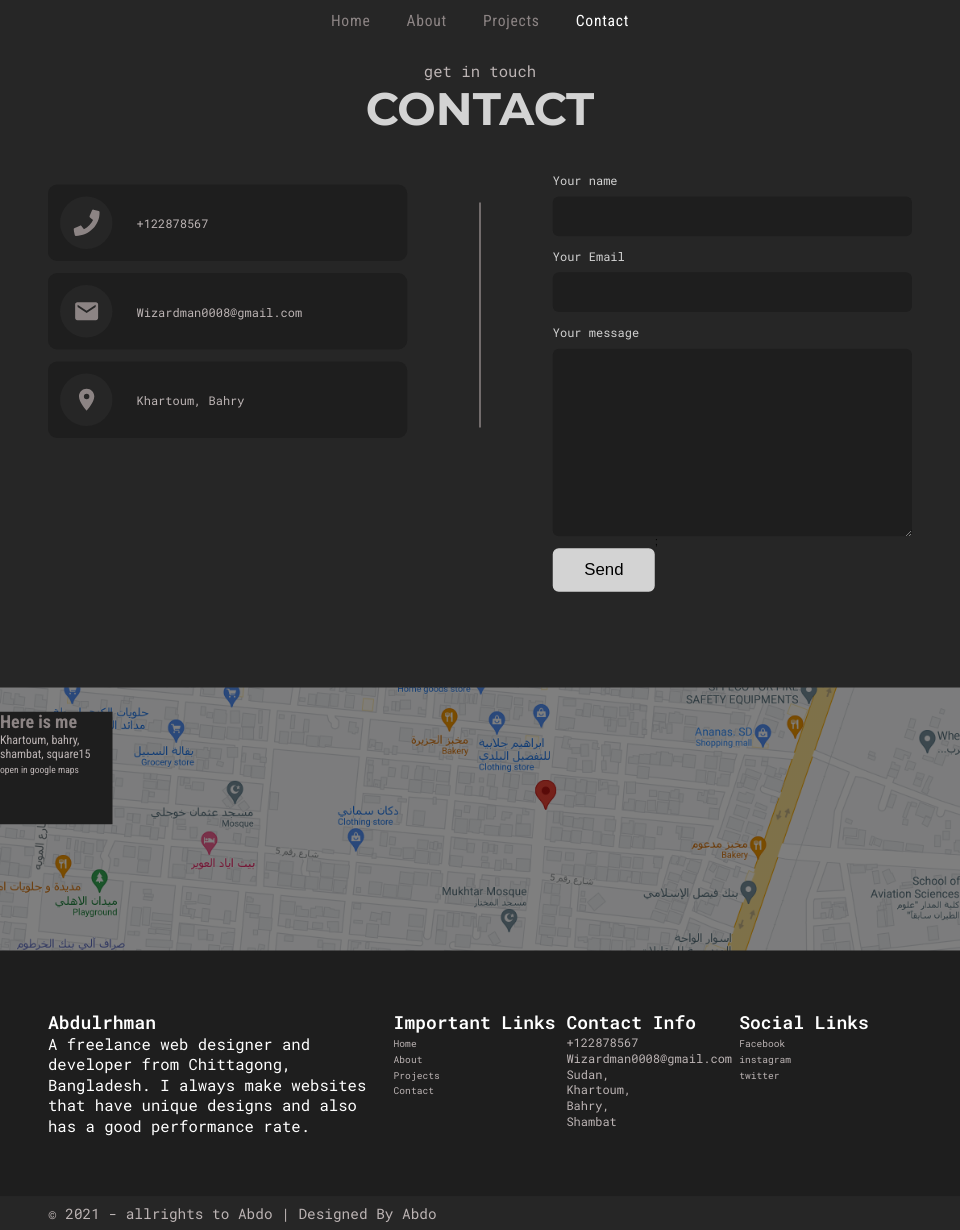
Repository: Abdoulrhman-altyeb/React-Typescript
Page: /contact
These files come from the project's save history. The page is drawn as it stood at one moment and after the next save; the edit follows.
The browser window is 1280 px wide. The pictures show the whole page, at 75% of full size.
The project was rebuilt for these pictures with package versions that can differ from the ones it lists, and the page was loaded fresh each time. Also part of the build but not shown: src/components/ContactButton.tsx, src/components/HeroSection.tsx, src/components/AboutSection.tsx, src/assits/data/Services.ts, src/components/ServiceItems.tsx, src/components/ServicesSection.tsx, src/components/ProjectsSection.tsx, src/Pages/Home.tsx and 2 more.

Above is the page before, as saved 2021-05-20 19:28:56.

### public/index.html
<!DOCTYPE html>
<html lang="en">

<head>
  <meta charset="utf-8" />
  <meta name="viewport" content="width=device-width, initial-scale=1" />
  <meta name="theme-color" content="#000000" />
  <meta name="description" content="IT Guys Community" />
  <link rel="preconnect" href="https://fonts.gstatic.com">
  <link href="https://fonts.googleapis.com/css2?family=Roboto:wght@300;400;500;700&display=swap" rel="stylesheet">
  <link rel="preconnect" href="https://fonts.gstatic.com">
<link href="https://fonts.googleapis.com/css2?family=Montserrat:wght@200;300;400;500;700&display=swap" rel="stylesheet">
<link rel="preconnect" href="https://fonts.gstatic.com">
<link href="https://fonts.googleapis.com/css2?family=Roboto+Mono:wght@200;300;400;500;600&display=swap" rel="stylesheet">
<link rel="preconnect" href="https://fonts.gstatic.com">
<link href="https://fonts.googleapis.com/css2?family=Roboto+Condensed:wght@400;700&display=swap" rel="stylesheet">
  <title>App Lab</title>
</head>

<body>
  <noscript>You need to enable JavaScript to run this app.</noscript>
  <div id="root"></div>
</body>

</html>

### src/index.tsx
import ReactDOM from "react-dom";
import App from "./App";
import './assits/styles/style.css'

ReactDOM.render(<App/>,document.getElementById("root"));

### src/App.tsx
import React from "react";
import NavBar from './components/NavBar';
import { BrowserRouter as Router, Route, Switch } from 'react-router-dom'
import Home from "./Pages/Home";
import Contact from "./Pages/Contact";
import About from "./Pages/About";
import Projects from "./Pages/Projects";


const App: React.FC = () => {



  return (
    <>
      <Router>
        <NavBar />
        <Switch>
          <Route  path='/' exact>
            <Home />
          </Route>
          <Route path="/contact">
            <Contact />
          </Route>
          <Route path='/about'>
            <About />
          </Route>
          <Route path='/projects'>
              <Projects/>
          </Route>
        </Switch>
      </Router>
    </>
  )
}

export default App;

### src/assits/styles/style.css
* {
    padding:0;
    margin:0;
    box-sizing:border-box;
    scroll-behavior: auto;
}

body {
    background:#262626;
    color:white;
    font-family: 'Roboto Mono', monospace;
}
::-webkit-scrollbar-track {
    background: #1E1E1E;
}
::-webkit-scrollbar {
    width: 8px;
}
::-webkit-scrollbar-thumb {
    background: #888;
    border-radius: 20px;
}




img,svg{
    width: 100%;
    height:100%;
    object-fit: cover;
}
.container {
    width:90%;
    max-width:1200px;
    margin: 0 auto;
}

.hero__img {
    height:600px;
}
ul {
    list-style: none;
}
p, h1, span,h3,a {
    color:#BCB4B4
}
a {
    text-decoration: none;
    font-size:0.8rem;
}
.map{
    background: linear-gradient(rgba(0,0,0,0.5),rgba(0,0,0,0.5)),url('../images/Capture.jpg');
    background-repeat: no-repeat;
    background-size: cover;
    background-position: center;
}

### src/components/NavBar.tsx
import React,{useState} from 'react';
import styled from 'styled-components';
import { NavLink } from 'react-router-dom';
import { BiMenu, BiX } from 'react-icons/bi';


const NavBar: React.FC = () => {

    const [isActive, setIsActive] = useState<boolean>(false);

    return (
        <NavBarContainer>
            <div className="hamburgerMenu"
                onClick={() => setIsActive(!isActive)}
                role='button'
                tabIndex={0}
                onKeyDown={() => setIsActive(!isActive)}
            >
                <BiMenu/>
            </div>
            <ul className={isActive ? 'ListItems' : 'ListItems hide-items'}>
                <div className='closeMenu'
                    onClick={() => setIsActive(!isActive)}
                    role='button'
                    tabIndex={0}
                    onKeyDown={() => setIsActive(!isActive)}
                >
                    <BiX/>
                </div>
                <li>
                    <NavLink to='/' exact>
                     Home
                    </NavLink>
                </li>
                <li>
                    <NavLink to="/about">
                        About
                    </NavLink>
                </li>
                <li>
                    <NavLink to='projects'>
                        Projects
                    </NavLink>
                </li>
                <li>
                    <NavLink to='contact'>
                        Contact
                    </NavLink>
                </li>
            </ul>
        </NavBarContainer>
    )
}

const NavBarContainer = styled.nav`
    position: fixed;
    z-index:100;
    top:0;
    left:0;
    background-color:#262626;
    font-family: 'Roboto Condensed', sans-serif;
    width:100%;
    ul {
        width:90%;
        max-width:1200px;
        justify-content:center;
        text-align:center;
        margin:0 auto;
        border-radius:12px;
    }
    li {
        display:inline-block;
        cursor:pointer;
    }
    a {
        display:inline-block;
        padding:1rem 1.5rem;
        font-size:1.3rem;
        color:#8c8484;
        letter-spacing: 1px;
        transition:0.3s ease color;
        /* &:hover {
            color:#726f6f;
        } */
    }
    .active {
        color:white;
    }

    .hamburgerMenu {
        font-size:2rem;
        position:absolute;
        top:1rem;
        right:1rem;
        color:white;
        display:none;
        * {
            pointer-events:none;
        }
    }
    .closeMenu{
        display:none;
    }
    @media only screen and (max-width:768px) {
        .hide-items{
            transform: translateY(calc(-100% - 1rem))
        }
        .hamburgerMenu{
            display:block;
        }
        .ListItems {
            width:80%;
            max-width:230px;
            position:absolute;
            top:1rem;
            right:1rem;
            background:#1E1E1E;
            padding:1rem;
            transition: 0.3s ease transform;

            .closeMenu {
                color:white;
                font-size:1.5rem;
                width:1rem;
                margin: 0 0 0 auto;
                cursor: pointer;
                display:block;
                *{
                    pointer-events:none;
                }
            }
        }
        li {
            display:block;
            margin-bottom:1rem;
        }
        a {
            /* padding:1rem; */
            padding:0.2rem;
            outline:none;
        }
    }
`;



export default NavBar;

### src/Pages/Contact.tsx
import React from 'react';
import ContactSection from '../components/ContactSecion';
import FooterSection from '../components/FooterSection';
import Map from '../components/Map';

const Contact: React.FC = () => {
    return (
        <>
            <ContactSection/>
            <Map/>
            <FooterSection />
        </>
    )
}

export default Contact;

### src/components/FooterSection.tsx
import React from 'react';
import styled from 'styled-components';
import PaText from './PaText';
import { Link } from 'react-router-dom';

const FooterSection: React.FC = () => {
    return (
        <>
            <StyledDiv>
                <div className="container">
                    <div className="info">
                        <h2>Abdulrhman</h2>
                        <PaText>
                            A freelance web designer and developer from Chittagong,
                            Bangladesh. I always make websites that have unique designs
                            and also has a good performance rate.
                        </PaText>
                    </div>
                    <div className="pages">
                        <h2>Important Links</h2>
                        <ul>
                            <li>
                                <Link to="/">Home</Link>
                            </li>
                            <li>
                                <Link to="/">About</Link>
                            </li>
                            <li>
                                <Link to="/">Projects</Link>
                            </li>
                            <li>
                                <Link to="/">Contact</Link>
                            </li>
                        </ul>
                    </div>
                    <div className="contact_info">
                        <h2>Contact Info</h2>
                        <ul>
                            <li><p>+122878567</p></li>
                            <li><p>Wizardman0008@gmail.com</p></li>
                            <li><p>Sudan,<br></br>Khartoum,<br></br>Bahry,<br></br>Shambat</p></li>
                        </ul>
                    </div>
                    <div className="social_Links">
                        <h2>Social Links</h2>
                        <ul>
                            <li><a href="https://facebook.com" rel='noreferrer'>Facebook</a></li>
                        </ul>
                        <ul>
                            <li><a href="https://instagram.com" rel='noreferrer'>instagram</a></li>
                        </ul>
                        <ul>
                            <li><a href="https://twitter.com" rel='noreferrer'>twitter</a></li>
                        </ul>
                    </div>
                </div>
            </StyledDiv>
            <StyledCopyright>
                <div className="container">
                    <p>© 2021 - allrights to Abdo  | Designed By Abdo</p>
                </div>
            </StyledCopyright>
        </>

    )
}

const StyledDiv = styled.div`
    background:#1E1E1E;
    padding:5rem 0 ;
    .container{
        display:flex;
    }
    .info{
        flex:2;
    }
    .contact_info,
    .pages,
    .social_Links{
        flex:1;
    }
    @media only screen and (max-width:768px) {
        .container{
            flex-direction:column;
        }
    }
`;
const StyledCopyright = styled.div`
    background:#262626;
    padding:10px 0;
    p{
        font-size:1.2rem;
    }

    @media only screen and (max-width:768px) {
        p{
            font-size:0.9rem;
            width:100%;
        }
    }
`;

export default FooterSection

### src/components/ContactSecion.tsx
import React from 'react';
import styled from 'styled-components';
import SectionsTitle from './SectionsTitle';
import { FaPhone } from 'react-icons/fa';
import { IoMdMail } from 'react-icons/io';
import {MdLocationOn} from 'react-icons/md'
import Button from './Button';

const ContactSection: React.FC = () => {
    return (
        <StyledDiv>
            <div className="container">
                <SectionsTitle title='contact' semiTitle='get in touch' />
                <div className="contact-me">
                    <div className="contact-info">
                        <div className="phone">
                            <div className="icon">
                                <FaPhone/>
                            </div>
                            <span> +122878567</span>
                        </div>
                        <div className="mail">
                            <div className="icon">
                                <IoMdMail/>
                            </div>
                            <span>Wizardman0008@gmail.com</span>
                        </div>
                        <div className="location">
                            <div className="icon">
                                <MdLocationOn/>
                            </div>
                            <span>Khartoum, Bahry</span>
                        </div>
                    </div>
                    <div className="linebetween"></div>
                    <form className='form-contact'>
                        <label htmlFor="name">Your name</label>
                        <input className='name' type="text" id='name' />
                        <label htmlFor="email">Your Email</label>
                        <input type="email" id="email" />
                        <label htmlFor="message">Your message</label>
                        <textarea id="message"></textarea>
                        <button type='submit' className='btn'>
                                <Button btnLink='/'  outline={false} btnText='Send'/>;
                        </button>
                    </form>
                </div>
            </div>
        </StyledDiv>
    )
}
const StyledDiv = styled.div`
    padding:5rem 0;
    text-align: center;
    .container{
        display: flex;
        flex-direction:column;
    }
    .title{
        p{
            font-size:1.3rem;
        }
        h2{
            font-size:3.8rem;
            margin-top:0;
        }
    }
    .contact-me{
        padding:3rem 0;
        display: flex;
        gap:6rem;
    }
    .contact-info{
        flex:1;
    }
    .phone,
    .mail,
    .location{
        width:100%;
        background:#1E1E1E;
        margin-top:1rem;
        padding:1rem;
        border-radius:12px;
        display: flex;
        align-items: center;
    }
    .icon{
        width:70px;
        height:70px;
        border-radius: 50%;
        display: flex;
        justify-content: center;
        align-items:center;
        margin-right:2rem;
        background:#262626;
    }
    .icon svg{
        width:50%;
        fill: #8c8484;
    }
    .linebetween{
        width:2px;
        height:300px;
        background:#8c8484;
        margin-top:2.5rem;
    }

    .form-contact{
        flex:1;
        display: flex;
        flex-direction:column;
        text-align:left;
    }
    .form-contact input, textarea{
        padding:1rem;
        background:#1E1E1E;
        border:none;
        border-radius:8px;
    }
    .form-contact textarea {
        height:250px;
        resize: vertical;
    }
    .form-contact label{
        margin-bottom:0.7rem;
        color:lightgray;
    }
    .form-contact input{
        margin-bottom:1rem;
        outline:none;
        color:#8c8484;
        font-size:1.1rem;
    }
    .btn{
        background:transparent;
        outline:none;
        border:none;
        pointer-events: none;
        display: flex;
        justify-content: flex-start;
        *{
            pointer-events: all;
        }
    }
    @media only screen and (max-width:768px) {
        .title{
            p{
                font-size:0.9rem;
            }
            h2{
                font-size:2.5rem;
                margin-top:0;
            }
        }
        .contact-me{
            flex-direction:column;
        }
        .linebetween{
            display: none;
        }
    }
`;

export default ContactSection;

### src/components/Map.tsx
import React from 'react';
import styled from 'styled-components';
const Map: React.FC = () => {
    return (
        <StyleDiv className='map'>
            <div className="location__details">
                <h2>Here is me</h2>
                <p>Khartoum, bahry, shambat, square15</p>
                <a href="https://www.google.com/maps/place/%D9%85%D8%AD%D8%B7%D9%87+15%E2%80%AD/@15.6677097,32.5462023,17z/data=!4m13!1m7!3m6!1s0x168e8da4c6682f5f:0x213cdd630f5e6fa9!2sShambat+Bridge,+Khartoum+North,+Sudan!3b1!8m2!3d15.6434242!4d32.5089219!3m4!1s0x168e93f8f47bbcb9:0x5df02e7d5dd85537!8m2!3d15.6681869!4d32.5468858" rel='noreferrer'>open in google maps</a>
            </div>
        </StyleDiv>
    )
}

const StyleDiv = styled.div`
    position: relative;
    height:350px;
    width:100%;
    font-family: 'Roboto Condensed', sans-serif;
    .location__details{
        color:#8c8484;
        position: absolute;
        width:150px;
        height:150px;
        background:#1E1E1E;
        top: 2rem;
    }
`;
export default Map;

### src/components/Button.tsx
import React from 'react';
import { Link } from 'react-router-dom';
import styled from 'styled-components'


const Button:React.FC<ButtonProps> = ({btnLink,btnText,outline}) => {
    return (
        <BTNSTYLE className='btn'>
            <Link className='button' to={btnLink} style={{ background: outline ? 'transparent' : 'lightgray', color: outline? 'lightgray': 'black' }}>{btnText}</Link>
        </BTNSTYLE>
    )
}


const BTNSTYLE = styled.div`
    margin-top:1rem;
    .button{
        background:lightgray;
        padding:0.9rem 2.5rem;
        color:black;
        border-radius:8px;
        border:2px solid lightgray;
        cursor:pointer;
        display:inline-block;
        font-size:1.4rem;
    }
    @media only screen and (max-width:768px) {
        .button{
            font-size:1.2rem;
        }
    }
`;

export default Button

### src/components/PaText.tsx
import styled from 'styled-components'

const PaText: React.FC = ({children}) => {

    return (
        <TextContainer className='par'>
            {children}
        </TextContainer>
    )
}

const TextContainer = styled.div`
    max-width:500px;
    margin:0 auto;
    line-height:1.3em;
    font-family: 'Roboto Mono', monospace;
    font-size:1.3rem;
    @media only screen and (max-width:768px) {
        font-size:1.1rem;
    }
`;

export default PaText

### src/components/SectionsTitle.tsx
import React from 'react';
import styled from 'styled-components';

const SectionsTitle:React.FC<SectionTitle> = ({title,semiTitle}) => {
    return (
        <StyledSectionTitle className='title'>
            <p>{semiTitle}</p>
            <h2>{title}</h2>
        </StyledSectionTitle>
    )
}

const StyledSectionTitle = styled.div`
    P{
        font-size:1.5rem;
    }
    h2{
        font-size:3.8rem;
        font-family: 'Montserrat', sans-serif;
        text-transform:uppercase;
        margin-top:0.7rem;
        color:lightgray;
    }
    @media only screen and (max-width:768px){
        p{
            font-size:1rem;
        }
        h2{
            font-size:2rem;

        }
    }
`;

export default SectionsTitle;

After the next save:
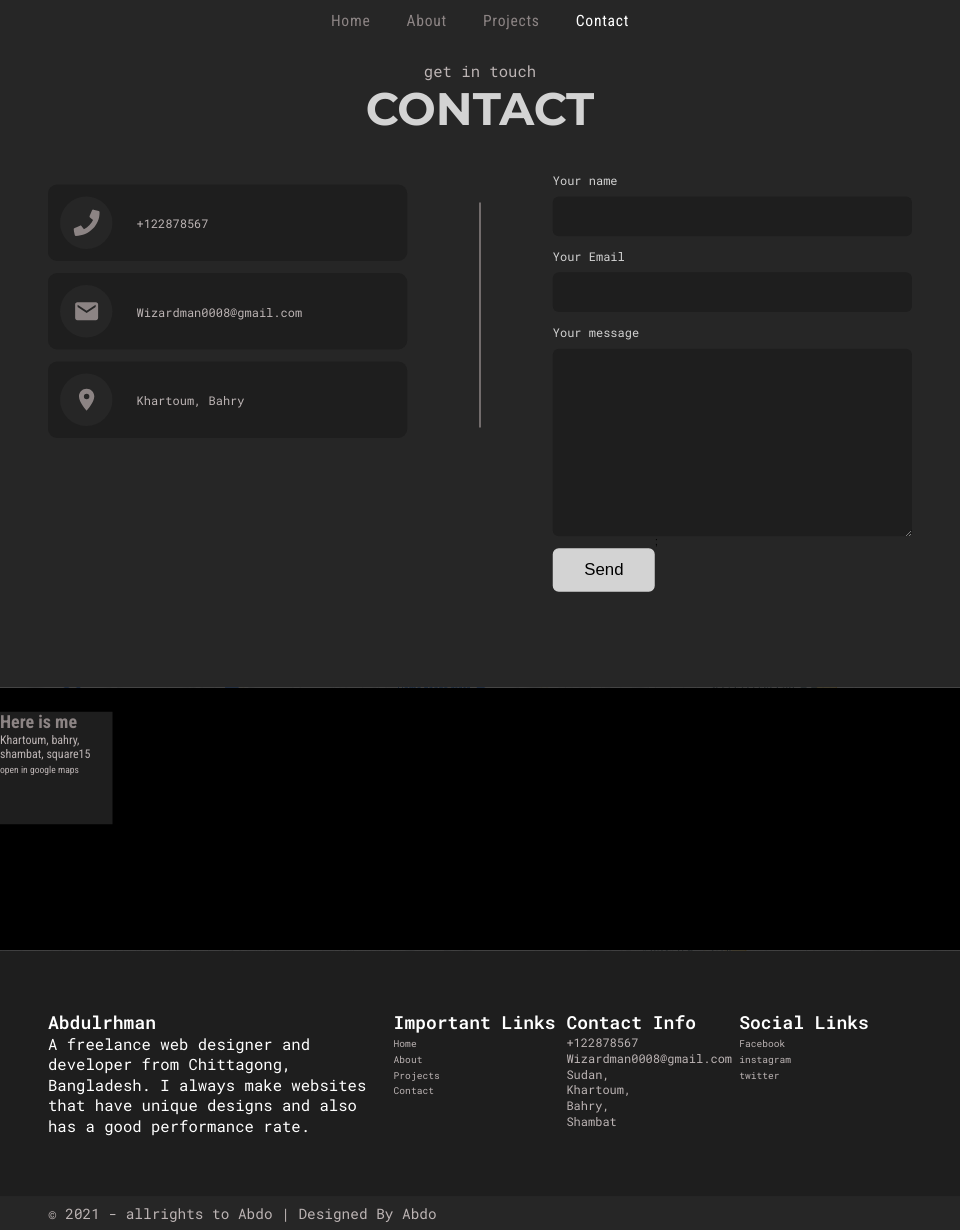
Saved 60 s later.
--- a/src/assits/styles/style.css
+++ b/src/assits/styles/style.css
@@ -49,8 +49,9 @@ a {
     font-size:0.8rem;
 }
 .map{
-    background: linear-gradient(rgba(0,0,0,0.5),rgba(0,0,0,0.5)),url('../images/Capture.jpg');
+    background: linear-gradient(rgba(0,0,0,1),rgba(0,0,0,1)),url('../images/Capture.jpg');
     background-repeat: no-repeat;
     background-size: cover;
     background-position: center;
+
 }
